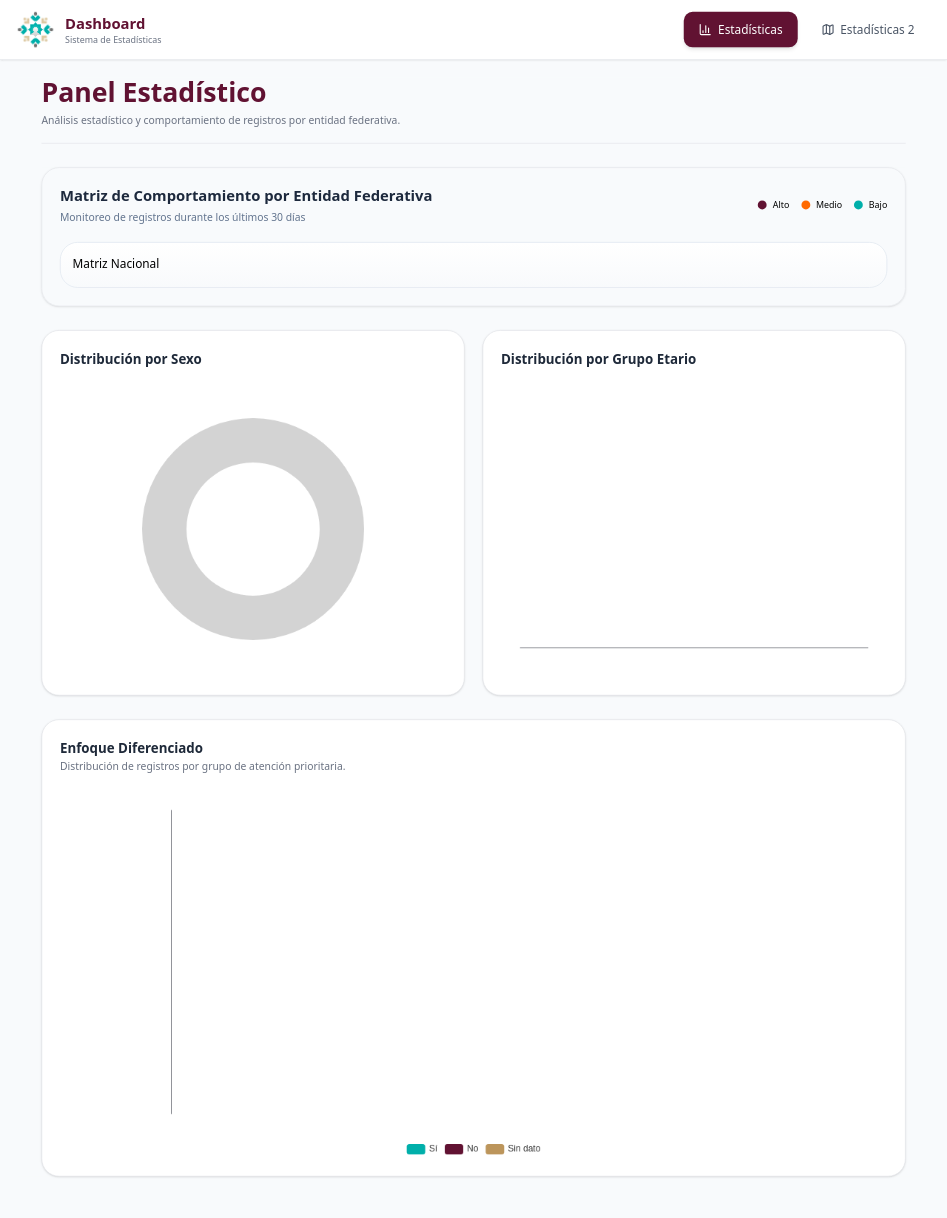
Repository: jesus890/semaforo-cinepolis
Page: /
An editor plug-in stored every save of this project. The page is shown before and after the next save, followed by the edit.
The browser window is 1280 px wide. The pictures show the whole page, at 74% of full size.
The page's requests for data from a server got no answer. The project was rebuilt for these pictures with package versions that can differ from the ones it lists, and the page was loaded fresh each time. No one was signed in, and anything a server would have sent is missing. Also part of the build but not shown: vite.config.ts, src/pages/EstadisticasDosPage.tsx.

Above is the page before, as saved 2026-06-04 13:41:30.

After the next save:
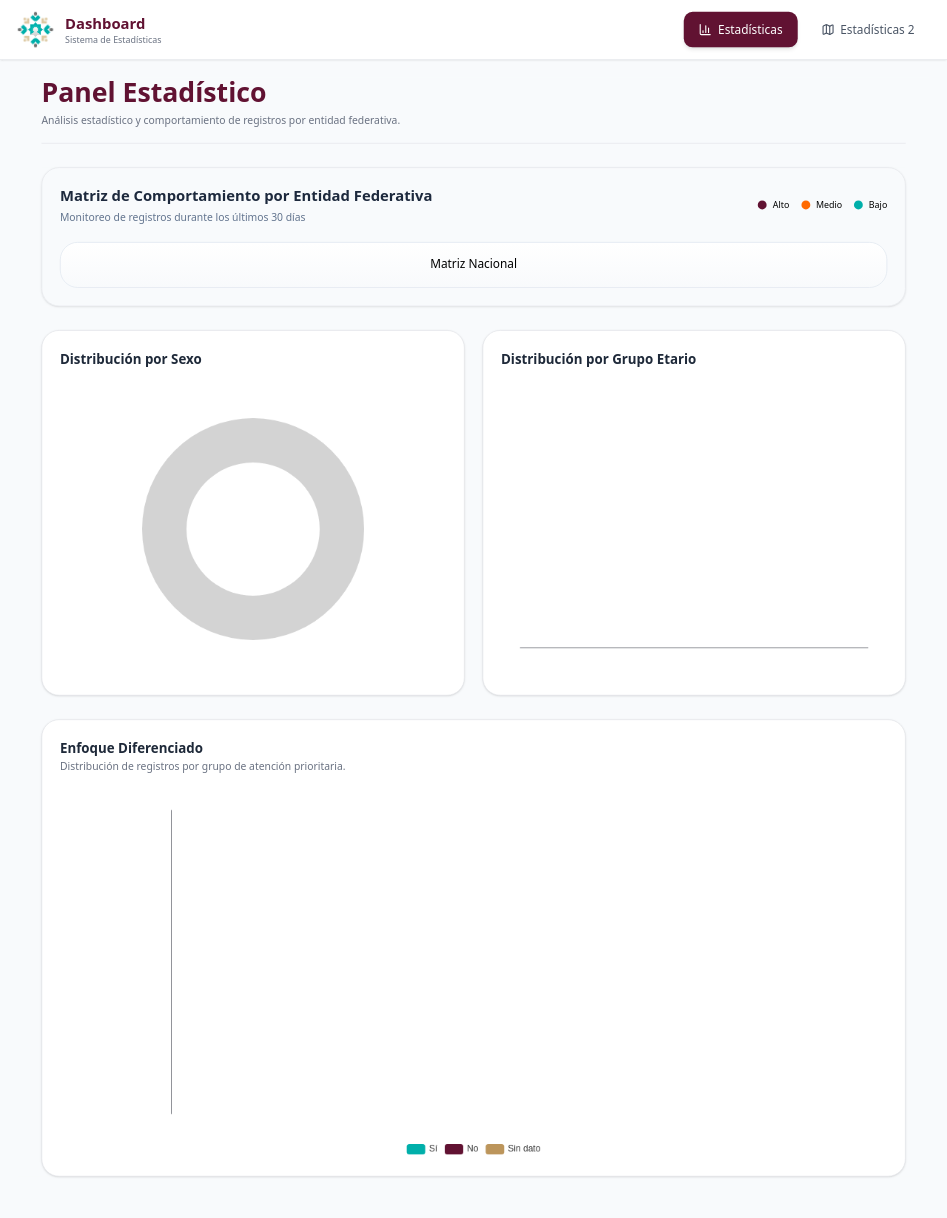
Saved 20 s later.
--- a/src/components/Dashboard/heatmap/HeatmapTable.tsx
+++ b/src/components/Dashboard/heatmap/HeatmapTable.tsx
@@ -43,7 +43,7 @@ export default function HeatmapTable({ rows, level, onRowClick, onCellClick, }:
 
             {
                 level == "estado" ? (
-                    <p>Matriz Nacional</p>
+                    <p className="text-center">Matriz Nacional</p>
                 ) : (
                     <p></p>
                 )
